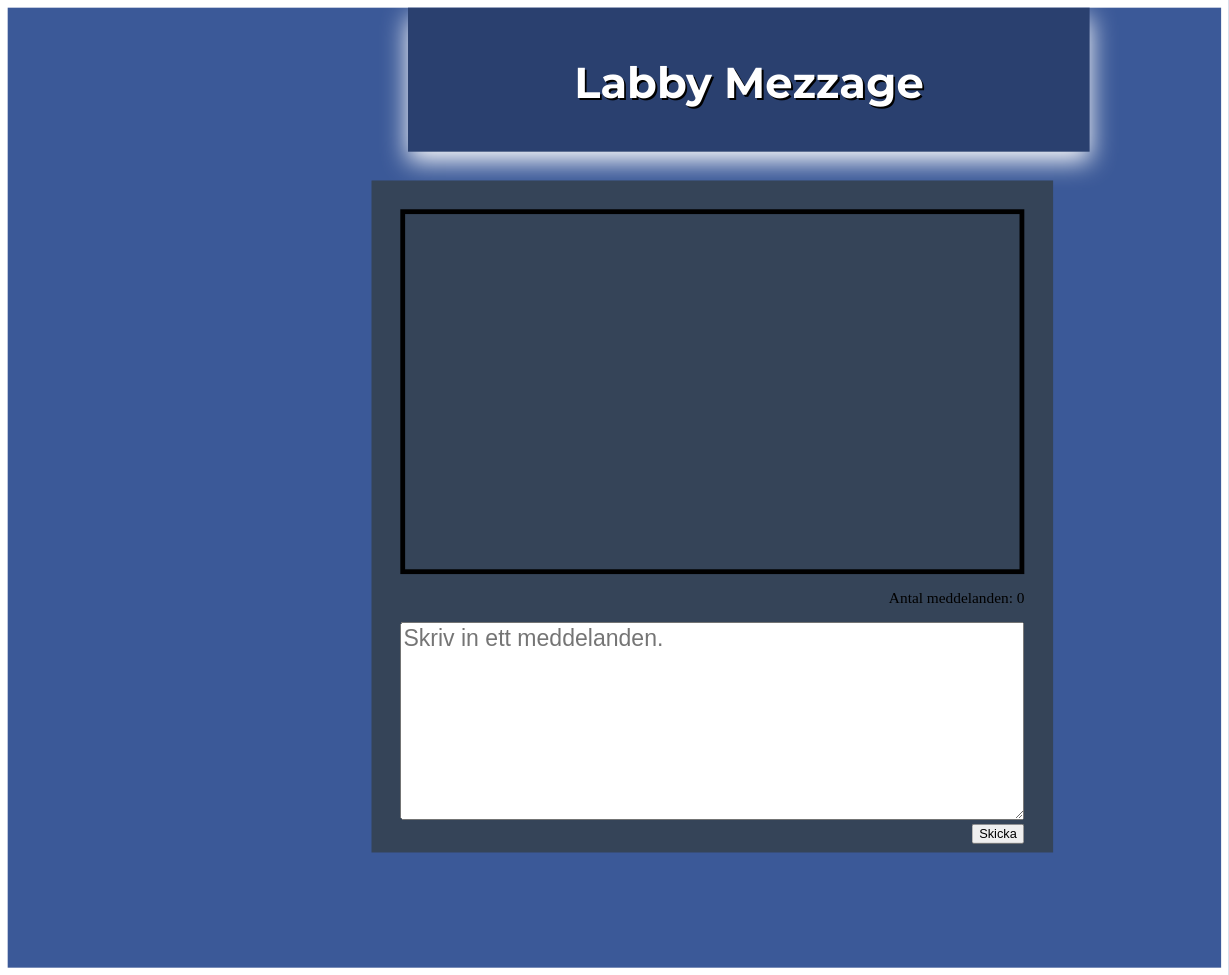
Repository: lw222gz/1dv403-laborationer-lw222gz
Page: 2-labbymezzage/index.html
The author's editor kept a record of every edit. The page is drawn from the files as they stood at one moment, then again after the next edit.
The browser window is 1280 px wide. The pictures show the whole page, at 96% of full size.

Above is the page before.

### 2-labbymezzage/index.html
<!doctype html>
<html lang="sv">
    <head>
        <title>Labby Mezzage</title>
        <meta charset="utf-8" />
        <link rel="stylesheet" href="style.css" />
        <link href='//fonts.googleapis.com/css?family=Montserrat:700' rel='stylesheet' type='text/css'>
    </head>
<body>
<div id="container">
        <header>
            <b>Labby Mezzage</b>
        </header>

        <main>
            <div id="text"></div>
            <p id="AmountofMessages" class="floatRight">Antal meddelanden: 0</p>
            <textarea id="textInput" placeholder="Skriv in ett meddelanden."></textarea>
            <input class="floatRight" id="send" type="submit" value="Skicka" />

        </main>

</div>
    <script src="message.js"></script>
    <script src="LabbyMessage.js"></script>
</body>
</html>

### 2-labbymezzage/style.css
#container
    {

    height:1000px;
    width:auto;
    background-color:#3B5998;
    margin:0 auto;
    }

header
    {
        box-shadow:0 10px 25px;
        -webkit-box-shadow:0 10px 25px;
        -moz-box-shadow:0 10px 25px;
        color:white;
        text-shadow:2px 2px black;
        -webkit-text-shadow:2px 2px black;
        -moz-text-shadow:2px 2px black;
        font-family: 'Montserrat', sans-serif;
        font-size:45px;
        padding-top:50px;
        height:100px;
        margin-left:33%;
        background-color:#2A406F;
        width:710px;
        text-align:center;
    }

main
    {
        padding:30px;
        margin-left:30%;
        margin-top:30px;
        background-color:#354458;
        height:auto;
        width:650px;
    }

textarea {
    width:644px;
    height:200px;

    font-size:24px;
    font-family:arial;
}

.MessageTime{
    margin-right:3px;
    position:absolute;
    bottom:0px;
    right:0px;
    font-size:12px;
    color:#2A406F;
}


.floatRight{
    float:right;
}



.DeletePicture
{
    width:24px;
    height:24px;
    position:absolute;
    top:5px;
    right:0;
}

.ClockPicture
{
    width:24px;
    height:24px;
    position:absolute;
    top:5px;
    right:30px;
}

#text
{
    border:5px solid black;
    padding:5px;
    overflow-y:scroll;
    height:360px;
    max-height:360px;

}

.text
{
    padding-right:70px;
    padding-left:5px;
    font-family:verdana;
    font-size:26px;
    border:1px solid black;
    background-color:#4F69A2;
    width:auto;
    height:auto;
    min-height:50px;
    position:relative;
    word-break:break-all;
}

### 2-labbymezzage/message.js
"use strict";

function Message(message, date){

   this.getText = function() {
       return message;
   }
   this.setText = function(_text) {
       message = _text;
   }

   this.getDate = function() {
       return date;
   }

   this.setDate = function(_date) {
       date = _date;
   }

   Message.prototype.toString = function() {
       return this.getText()+" ("+this.getDate()+")";
   }

   Message.prototype.getHTMLText = function() {
       return this.getText().replace(/[\n\r]/g, "<br/>");
   }

   Message.prototype.getDateText = function() {

       var Hour = this.getDate().getHours();
       var Minutes = this.getDate().getMinutes();
       var Seconds = this.getDate().getSeconds();
       if (Minutes < 10)
       {
            Minutes = "0"+Minutes;
       }
       if (Seconds < 10)
       {
          Seconds = "0"+Seconds;
       }

       return +Hour+":"+Minutes+":"+Seconds;
   }


}

### 2-labbymezzage/LabbyMessage.js
"use strict";


window.onload = function(){

    var messages = [];



    var j = 0;
    var myObj = {};

    var submit = document.querySelector("#send");
    var text = document.getElementById("textInput");
    var div = document.getElementById("text");
    var Enter = document.getElementById("textInput");
    var date;


    submit.addEventListener("click", function(e){
                                                                            // http://stackoverflow.com/questions/11921210/how-exactly-does-event-preventdefault-affect-the-dom vad e.preventdefault gör.
        if (text.value === "")
        {
            e.preventdefault();
        }
        else
        {
        date = new Date();
        myObj = new Message(text.value, date);
        messages.push(myObj);

        renderMessage(messages.length-1);
        RemoveText();
        }
        });

    Enter.addEventListener("keydown", function(e){


        if (e.keyCode == 13 && document.getElementById("textInput").value === "")
                {e.preventDefault()}

        if(e.keyCode === 13 && !e.shiftKey && text.value !== "")

        {
            e.preventDefault()
            date = new Date();
            myObj = new Message(text.value, date)
            messages.push(myObj);

            renderMessage(messages.length-1)
            RemoveText();
        }

    }
    )


    var renderMessage = function(index){
        ++j;
        document.getElementById("AmountofMessages").innerHTML = "Antal meddelanden: "+j;

        var text = document.createElement("p");
        text.className = "text";

        var img = document.createElement("img");
        var clockimg = document.createElement("img");

        img.className = "DeletePicture";
        img.src = "DeleteRed.png";

        clockimg.className = "ClockPicture";
        clockimg.src = "Clock.png";

        img.addEventListener("click", function(e){
            if (confirm("Radera detta meddelande?"))
            {
                j -= 1;
                text.parentNode.removeChild(text);
                messages.splice(index, 1);
                renderMessages();
                document.getElementById("AmountofMessages").innerHTML = "Antal meddelanden: "+j;
            }
        }
        )

        clockimg.addEventListener("click", function(e) {
                var year = messages[index].getDate().getFullYear();
                var month = messages[index].getDate().getMonth();
                var day = messages[index].getDate().getDate();
                var Hour = messages[index].getDate().getHours();
                var Minutes = messages[index].getDate().getMinutes();
                var Seconds = messages[index].getDate().getSeconds();
                if (Minutes < 10)
                {
                    Minutes = "0"+Minutes;
                }
                if (Seconds < 10)
                {
                    Seconds = "0"+Seconds;
                }
            alert("Inlägget skapades den "+day+"/"+month+" år "+year+ " klockan " +Hour+":"+Minutes+":"+Seconds)
        })

        var TimeShow = document.createElement("div");
        TimeShow.className ="MessageTime";
        TimeShow.innerHTML = messages[index].getDateText();

        text.innerHTML = messages[index].getHTMLText();
        div.appendChild(text);
        var element = document.getElementById("text");
        element.scrollTop = element.scrollHeight;
        text.appendChild(img);
        text.appendChild(clockimg);
        text.appendChild(TimeShow);


    }


    /*var renderMessages = function() {
        //tar bort all text
        document.getElementById("#text").innerHTML = "";

        // sätter dit alla igen.
        for (i; i < messages.length; i += 1)
        {
            renderMessage(i);
        }

    }*/


    var RemoveText = function(){
        document.getElementById("textInput").value="";
    }
}

After the next edit:
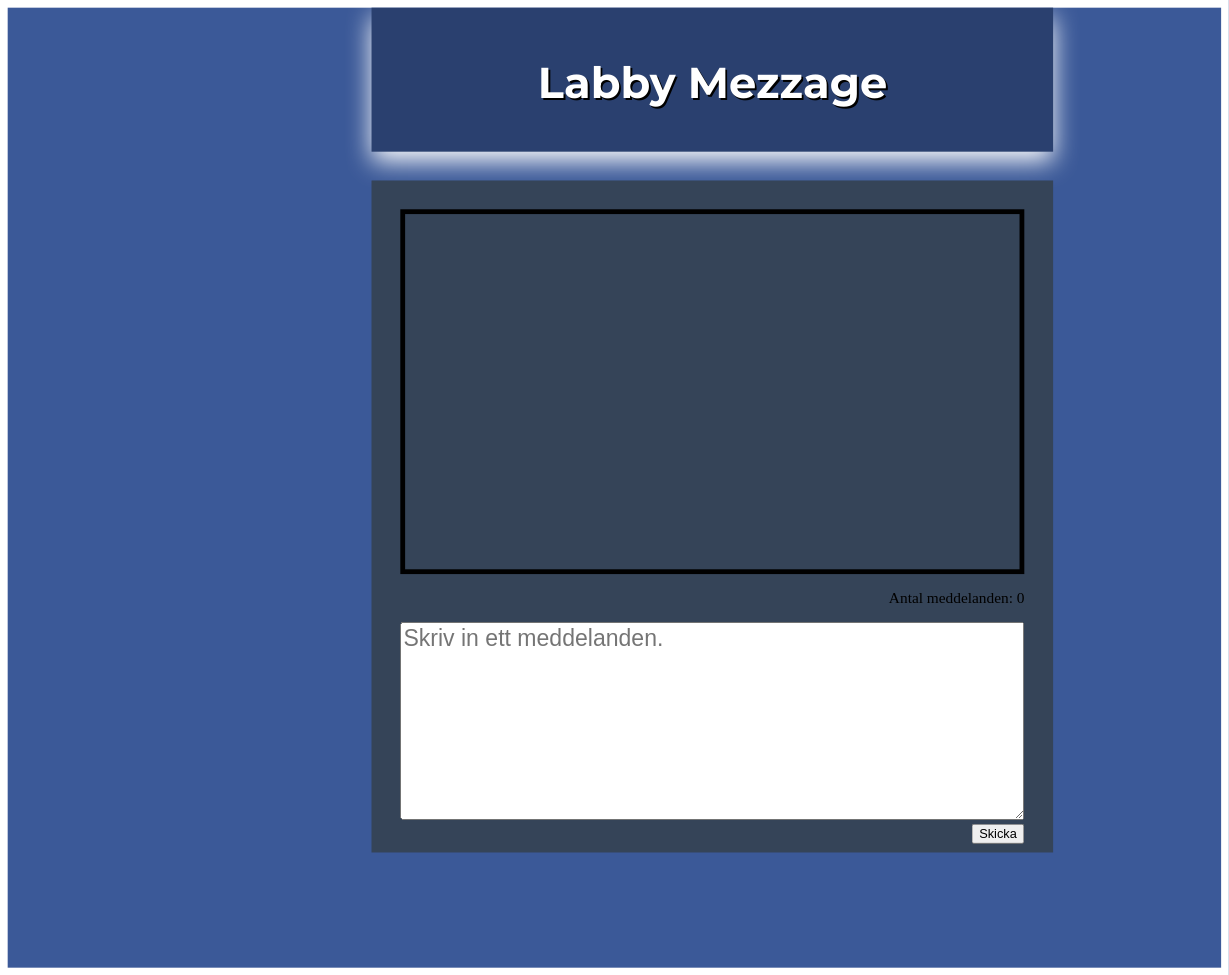
The edit:
--- a/2-labbymezzage/style.css
+++ b/2-labbymezzage/style.css
@@ -20,7 +20,7 @@
         font-size:45px;
         padding-top:50px;
         height:100px;
-        margin-left:33%;
+        margin-left:30%;
         background-color:#2A406F;
         width:710px;
         text-align:center;
